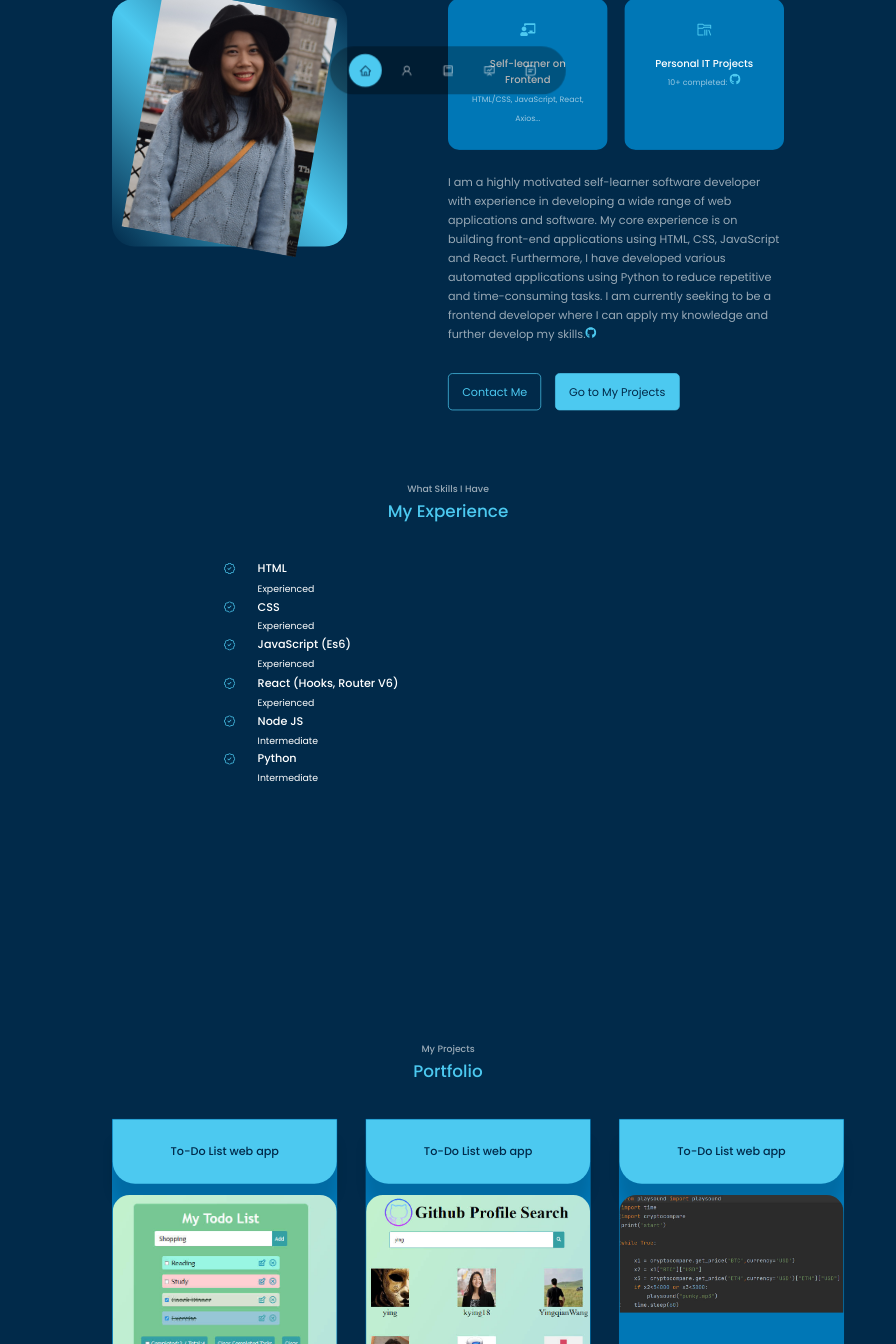
Repository: yingluo1020/react-portfolio-website
Page: /
These files come from the project's save history. The page is drawn as it stood at one moment and after the next save; the edit follows.
The browser window is 1280 px wide. The pictures show the part of the page from y = 553 to 2473 px (the page is 3983 px tall), at 70% of full size.
The project was rebuilt for these pictures with package versions that can differ from the ones it lists, and the page was loaded fresh each time. Imported but missing from the stored project, and not drawn on this page: src/assets/cv1.pdf.

Above is the page before, as saved 2022-03-16 10:30:06.

### src/index.css
@import url('https://fonts.googleapis.com/css2?family=Poppins:wght@300;400;500;600&display=swap');

* {
 margin: 0;
 padding: 0;
 border: 0;
 outline: 0;
 box-sizing: border-box;
 list-style: none;
 text-decoration: none;
}

:root {
    --color-bg:#012a4a;
    --color-bg-variant:#0077b6;
    --color-primary:#4cc9f0;
    --color-primary-variant:rgba(77,181,255,0.4);
    --color-white:#fff;
    --color-light:rgba(255,255,255,0.6);

    --transition:all 400ms ease;

    --container-width-lg:75%;
    --container-width-md:86%;
    --container-width-sm:90%;
}

html {
    scroll-behavior:smooth;
}

::-webkit-scrollbar {
    display: none;
}

body {
    font-family: 'Poppins', sans-serif;
    background: var(--color-bg);
    color:var(--color-white);
    line-height:1.7;
}

/* general styles */
.container {
    width:var(--container-width-lg);
    margin: 0 auto;
}

h1,
h2,
h3,
h4,
h5 {
    font-weight: 500;
}

h1 {
    font-size: 2.5rem;
}

section {
    margin-top: 5rem;
    min-height: 100vh;
}

section > h2, section > h5 {
    text-align: center;
    color: var(--color-light);
}

section > h2 {
    color: var(--color-primary);
    margin-bottom: 3rem;
}

.text-light {
    color: var(--color-light);
}

a {
    color: var(--color-primary);
    transition: var(--transition);
}

a:hover {
    color: var(--color-white);
}

.btn {
    width: max-content;
    display: inline-block;
    color: var(--color-primary);
    padding: 0.75rem 1.2rem;
    border-radius:0.4rem;
    cursor: pointer;
    border: 1px solid var(--color-primary);
    transition: var(--transition);
}

.btn:hover{
    background: var(--color-white);
    color: var(--color-bg);
    border-color: transparent;
}

.btn-primary {
    background: var(--color-primary);
    color: var(--color-bg);
}

img{
    display: block;
    width: 100%;
    object-fit: cover;
}

/* media queries(medium devices)*/
@media screen and (max-width:1024px) {
    .container {
        width: var(--container-width-sm);
    }

    section> h2 {
        margin-bottom: 2rem;
    }
}

### src/components/header/Header.js
import React from 'react'
import avatar from '../../assets/avatar.JPG'
import './header.css';
import CV from '../../assets/cv1.pdf'


function Header() {
    return (
        <header>
            <div className="container header_container">
                <h5>Hello, I'm</h5>
                <h1>Ying Luo</h1>
                <h5 className="text-light">Front-end Developer</h5>

                <div className='cta'>
                    <a href={CV} download className='btn'>Download My CV</a>
                    <a href="#contact" className='btn btn-primary'>Contact me</a>
                </div>
            </div>
        </header>
    )
}

export default Header

### src/components/nav/Nav.js
import React, { useState } from 'react'
import './nav.css'
import { AiOutlineHome, } from 'react-icons/ai'
import { AiOutlineUser } from 'react-icons/ai'
import { BiBook } from 'react-icons/bi'
import { AiOutlineFundProjectionScreen } from 'react-icons/ai'
import { BiMessageSquareDetail } from 'react-icons/bi'


function Nav() {
    const [activeNav, setActiveNav] = useState('#')
    return (
        <nav>
            <a href="#" onClick={() => setActiveNav('#')} className={activeNav === '#' ? 'active' : ''}><AiOutlineHome /></a>
            <a href="#about" onClick={() => setActiveNav('#about')} className={activeNav === '#about' ? 'active' : ''}><AiOutlineUser /></a>
            <a href="#experience" onClick={() => setActiveNav('#experience')} className={activeNav === '#experience' ? 'active' : ''}><BiBook /></a>
            <a href="#portfolio" onClick={() => setActiveNav('#services')} className={activeNav === '#services' ? 'active' : ''}><AiOutlineFundProjectionScreen /></a>
            <a href="#contact" onClick={() => setActiveNav('#contact')} className={activeNav === '#contact' ? 'active' : ''}><BiMessageSquareDetail /></a>
        </nav>
    )
}

export default Nav

### src/components/about/About.js
import React from 'react'
import avatar from '../../assets/avatar.JPG'
import { FaChalkboardTeacher } from 'react-icons/fa'
import { VscFolderLibrary } from 'react-icons/vsc'
import { FaGithub } from 'react-icons/fa';
import './about.css';

function About() {
    return (
        <section id='about'>
            <h5>My Intro</h5>
            <h2>About Me</h2>

            <div className="container about_container">
                <div className="about_me">
                    <div className="about_image">
                        <img src={avatar} alt="About Image" />
                    </div>
                </div>

                <div className="about_content">
                    <div className="about_cards">
                        <article className="about_card">
                            <FaChalkboardTeacher className='about_icon' />
                            <h5> Self-learner on Frontend </h5>
                            <small>HTML/CSS, JavaScript, React, Axios...</small>
                        </article>

                        <article className="about_card">
                            <VscFolderLibrary className='about_icon' />
                            <h5>Personal IT Projects </h5>
                            <small>10+ completed:  </small>
                            <a href="https://github.com/yingluo1020" target="_blank"><FaGithub /></a>
                        </article>
                    </div>

                    <p>I am a highly motivated self-learner software developer with experience in developing a wide range of web applications and software. My core experience is on building front-end applications using HTML, CSS, JavaScript and React. Furthermore, I have developed various automated applications using Python to reduce repetitive and time-consuming tasks. I am currently seeking to be a frontend developer where I can apply my knowledge and further develop my skills.
                        <a href="https://github.com/yingluo1020" target="_blank"><FaGithub /></a>
                    </p>
                    <div className="about_btn">
                        <a href="#contact" className="btn btn">Contact Me</a>
                        <a href="#" target="_blank" className="btn btn-primary">Go to My Projects</a>
                    </div>

                </div>
            </div>
        </section>
    )
}

export default About

### src/components/experience/Experience.js
import React from 'react'
import './experience.css';
import { BsPatchCheck } from 'react-icons/bs'


function Experience() {
    return (
        <section id='experience'>
            <h5>What Skills I Have</h5>
            <h2>My Experience</h2>

            <div className="container experience_container">
                <article className='experience_details'>
                    <BsPatchCheck className='experience_details-icon' />
                    <div>
                        <h4>HTML</h4>
                        <small className='text_light'>Experienced</small>
                    </div>
                </article>
                <article className='experience_details'>
                    <BsPatchCheck className='experience_details-icon' />
                    <div>
                        <h4>CSS</h4>
                        <small className='text_light'>Experienced</small>
                    </div>
                </article>
                <article className='experience_details'>
                    <BsPatchCheck className='experience_details-icon' />
                    <div>
                        <h4>JavaScript (Es6)</h4>
                        <small className='text_light'>Experienced</small>
                    </div>
                </article>
                <article className='experience_details'>
                    <BsPatchCheck className='experience_details-icon' />
                    <div>
                        <h4>React (Hooks, Router V6) </h4>
                        <small className='text_light'>Experienced</small>
                    </div>
                </article>
                <article className='experience_details'>
                    <BsPatchCheck className='experience_details-icon' />
                    <div>
                        <h4>Node JS</h4>
                        <small className='text_light'>Intermediate</small>
                    </div>
                </article>
                <article className='experience_details'>
                    <BsPatchCheck className='experience_details-icon' />
                    <div>
                        <h4>Python</h4>
                        <small className='text_light'>Intermediate</small>
                    </div>
                </article>
            </div>

        </section>
    )
}

export default Experience

### src/components/portfolio/Portfolio.js
import React from 'react'
import './portfolio.css';
import project1 from '../../assets/todo1.jpg'
import project2 from '../../assets/search.jpg'
import project3 from '../../assets/btc_alert.jpg'



function Portfolio() {
    return (
        <section id='portfolio'>
            <h5>My Projects</h5>
            <h2>Portfolio</h2>
            <div className="container portfolio_container ">
                <article className='portfolio'>
                    <div className="portfolio_head">
                        <h3 >To-Do List web app</h3>
                    </div>

                    <div className="portfolio_item-image">
                        <img src={project1} alt="project1" />
                    </div>

                    <div className="portfolio_link">
                        <a href="https://github.com" target='_blank' className='btn btn-primary'>Github</a>
                    </div>
                </article>

                <article className='portfolio'>
                    <div className="portfolio_head">
                        <h3 >To-Do List web app</h3>
                    </div>

                    <div className="portfolio_body">
                        <div className="portfolio_item-image">
                            <img src={project2} alt="project1" />
                        </div>
                    </div>
                    <div className="portfolio_link">
                        <a href="https://github.com" target='_blank' className='btn btn-primary'>Github</a>
                    </div>
                </article>

                <article className='portfolio'>
                    <div className="portfolio_head">
                        <h3 >To-Do List web app</h3>
                    </div>

                    <div className="portfolio_body">
                        <div className="portfolio_item-image">
                            <img src={project3} alt="project1" />
                        </div>
                    </div>
                    <div className="portfolio_link">
                        <a href="https://github.com" target='_blank' className='btn btn-primary'>Github</a>
                    </div>
                </article>

            </div>
        </section>
    )
}

export default Portfolio

### src/components/footer/Footer.js
import React from 'react'
import './footer.css'
import { BsLinkedin } from 'react-icons/bs';
import { FaGithub } from 'react-icons/fa';
import { FiDribbble } from 'react-icons/fi';


function Footer() {
    return (
        <footer>
            <a href="https://github.com/yingluo1020" target="_blank" className='footer_logo'><FaGithub /> Ying Luo</a>
            <ul className='permalinks'>
                <li><a href="#">Home</a></li>
                <li><a href="#about">About</a></li>
                <li><a href="#experience">Experience</a></li>
                <li><a href="#portfolio">Portfolio</a></li>
                <li><a href="#contact">Contact</a></li>
            </ul>

            <div className="footer_copyright">
                <small>&copy; All rights reserved by Ying Luo.</small>
            </div>
        </footer>
    )
}

export default Footer

### src/components/header/header.css
header {
    height: 50vh;
    padding-top: 5rem;
    overflow: hidden;
}

.header_container {
    text-align: center;
    height: 100%;
    position: relative;
}

.cta {
    margin: 2.5rem auto;
    display: flex;
    gap:1.2rem;
    justify-content: center;
}

.avatar {
    background: linear-gradient(var(--color-primary),transparent) ;
    width: 22rem;
    height: 30rem;
    position: absolute;
    left: calc(50% - 11rem);
    border-radius: 12rem 12rem 0 0 ;
    overflow: hidden;
    padding: 5rem 1.5rem 1.5rem 1.5rem;
}


/* media queries(medium devices)*/
@media screen and (max-width:1024px) {
    header {
        height: 68vh;
    }
}

/* media queries(small devices)*/
@media screen and (max-width:600px) {
   header {
       height: 100vh;
   }
}

### src/components/nav/nav.css
nav {
    background: rgba(0, 0, 0, 0.3);
    width: max-content;
    display: block;
    padding:0.7rem 1.7rem;
    z-index: 2;
    position: fixed;
    left: 50%;
    transform: translateX(-50%);
    bottom: 2rem;
    display: flex;
    gap: 0.8rem;
    border-radius: 3rem;
    /* backdrop-filter: blur(15px); */
}

nav a {
    background: transparent;
    padding: 0.9rem;
    border-radius:50% ;
    display: flex;
    color: var(--color-light);
    font-size: 1.1rem;
}

nav a:hover{
    background: rgba(0, 0, 0, 0.3);
}

nav a.active {
    background: var(--color-primary);
    color: var(--color-bg);
}

### src/components/about/about.css
.about_container {
    display: grid;
    grid-template-columns: 35% 50%;
    gap: 15%;
}

.about_me{
    width: 100%;
    aspect-ratio: 0.95/1;
    border-radius: 2rem;
    background: linear-gradient(45deg,transparent,var( --color-primary),transparent);
    display: grid;
    place-items: center;
}

.about_image {
    border-radius: 2rem;
    overflow: hidden;
    transform: rotate(10deg);
    transition: var(--transition);
}

.about_image:hover{
    transform: rotate(0);
}

.about_image img {
    width: 75%;
    margin: 0 auto;
}
.about_cards {
    display: grid;
    grid-template-columns: repeat(2,1fr);
    gap: 1.5rem;
}

.about_card {
    background: var(--color-bg-variant);
    border:1px solid transparent ;
    border-radius: 1rem;
    padding: 2rem;
    text-align: center;
    transition: var(--transition);
}

.about_card:hover {
    background:transparent;
    border-color:var(--color-primary-variant) ;
    cursor: default;
}

.about_icon {
    color: var(--color-primary);
    font-size: 1.4rem;
    margin-bottom: 1rem;
}

.about_card h5 {
    font-size: 0.9rem;
}

.about_card small {
    font-size: 0.7rem;
    color: var(--color-light);
}
.about_content{
    height: fit-content;
}
.about_content p {
    margin: 2rem 0 2.6rem;
    color: var(--color-light);
}

.about_content .about_btn {
    display: flex;
    gap:1.2rem;
}

/* media queries(medium devices)*/
@media screen and (max-width:1024px) {
    .about_container {
        grid-template-columns: 1fr ;
        gap:0;
    }

    .about_me{
        width: 50%;
        margin: 2rem auto 4rem;
    }

    .about_content p {
        margin: 1rem 0 1.5rem;
    }
}

/* media queries(small devices)*/
@media screen and (max-width:600px) {
    .about_me{
        width: 65%;
        margin: 0 auto 3rem;
    }

    .about_cards {
        grid-template-columns: 1fr 1fr;
        gap: 1rem;
    }

    .about_content {
        text-align: center;
    }

    .about_content p {
        margin: 1.5rem 0.5rem;
    }
}

### src/components/experience/experience.css
.experience_container{
    width: 50%;
}

.experience_container >div {
    display: grid;
    grid-template-columns: 1fr 1fr;
    row-gap: 3rem;
    background: var(--color-bg-variant);
    padding: 2.4rem 10rem;
    border-radius: 2rem;
    border: 1px solid transparent;
    transition: var(--transition);
}

.experience_container >div:hover{
    background: transparent;
    border-color: var(--color-primary-variant);
    cursor: default;
}

.experience_content {
    display: grid;
    grid-template-columns: 1fr 1fr;
    /* justify-items: start; */
    row-gap: 3rem;
}

.experience_details {
    display: flex;
    gap: 2rem;
}

.experience_details-icon{
    margin-top: 6px;
    color: var(--color-primary);
}

/* media queries(medium devices)*/
@media screen and (max-width:1024px) {
    .experience_container >div {
        width: 80%;
        padding: 2rem;
        margin: 0 auto;
    }

    .experience_content {
        padding: 1rem;
    }
}

/* media queries(small devices)*/
@media screen and (max-width:600px) {
    .experience_container{
        gap: 1rem;
    }

    .experience_container >div {
        width: 100%;
        padding: 2rem 1rem;
    }

    .experience_content {
        grid-template-columns: 1fr;
    }
}

### src/components/portfolio/portfolio.css
.portfolio_container{
    display: grid;
    grid-template-columns: repeat(3,1fr);
    gap: 2.5rem;
}

.portfolio {
    background: var(--color-bg-variant);
    border-radius:0 0 2rem 2rem;
    border: 1px solid transparent;
    /* height: fit-content; */
    transition: var(--transition);
}

.portfolio:hover {
    background: transparent;
    border-color: var(--color-primary-variant);
    transition: var(--transition);
}

.portfolio_head{
    background: var(--color-primary);
    border-radius:0 0 2rem 2rem;
    padding: 2rem;
    box-shadow: 0 2rem 1rem rgba(0,0,0,0.1);
}

.portfolio_head h3 {
    text-align: center;
    font-size: 1rem;
    color: var(--color-bg);
}

.portfolio_item-image {
    width: 20rem;
    height: 20rem;
    /* aspect-ratio: 1/1;   */
    border-radius: 1.5rem;
    overflow: hidden;
    margin: 1rem auto;
}

.portfolio_link {
    display: flex;
    justify-content: center;
    margin: 1rem 0;
}


/* media queries(medium devices)*/
@media screen and (max-width:1024px) {
    .portfolio_container{
        grid-template-columns: 1fr 1fr;
        gap: 1.2rem;
    }
}

/* media queries(small devices)*/
@media screen and (max-width:600px) {
    .portfolio_container {
        grid-template-columns: 1fr;
        gap: 1rem;
    }
}

### src/components/contact/contact.css
.contact_container {
    width: 58%;
    display: grid;
    grid-template-columns: 30% 58%;
    gap: 12%;
}

.contact_options {
    display: flex;
    flex-direction: column;
    gap: 1.2rem;
}

.contact_option{
    background: var(--color-bg-variant);
    padding: 1.2rem ;
    border-radius:1.2rem;
    border: 1px solid transparent;
    text-align: center;
    transition: var(--transition);
}

.contact_option:hover{
    background: transparent;
    border-color: var(--color-primary-variant);
}

.contact_option-icon{
    font-size: 1.5rem;
    margin-bottom: 0.5rem;
}

.contact_option a {
    margin-top: 0.7rem;
    display: inline-block;
    font-size: 0.8rem;
}

/* form */
form {
    display: flex;
    flex-direction: column;
    gap: 1.2rem;
}

input, textarea{
    width: 100%;
    padding: 1.5rem ;
    border-radius:0.5rem;
    border: 2px solid var(--color-primary-variant);
    background: transparent;
    resize: none; /* 元素不能被用户缩放。 */
    color: var(--color-white);
}

/* media queries(medium devices)*/
@media screen and (max-width:1024px) {
    .contact_container {
        grid-template-columns: 1fr;
        gap: 2rem;
    }

}

/* media queries(small devices)*/
@media screen and (max-width:600px) {
    .contact_container{
        width: var(--container-width-sm);
    }
}

### src/components/footer/footer.css
footer {
    background: var(--color-primary);
    padding: 2rem 0;
    text-align: center;
    font-size: 0.9rem;
    margin-top: 7rem;
}

footer a {
    color: var(--color-bg);
}

.footer_logo{
    font-size: 2rem;
    font-weight: 500;
    margin-bottom: 2rem;
    display: inline-block;
}

.permalinks{
    display: flex;
    flex-wrap: wrap;
    justify-content: center;
    gap: 2rem;
    margin: 0 auto 3rem;
}

.footer_socials{
    display: flex;
    justify-content: center;
    gap: 1rem;
    margin-bottom: 4rem;
}

.footer_socials a {
    display: flex;
    background: var(--color-bg);
    color: var(--color-white);
    padding: 0.8rem;
    border-radius: 0.7rem;
    border: 1px solid transparent;
    transition: var(--transition);
}

.footer_socials a:hover{
    background: transparent;
    color: var(--color-bg);
    border-color: var(--color-bg);
}

.footer_copyright {
    margin-bottom: 4rem;
    color: var(--color-bg);
}

/* media queries(small devices)*/
@media screen and (max-width:600px) {
    .permalinks{
        flex-direction: column;
        gap: 1.5rem;
    }

    .footer_socials{
        margin-bottom: 2.6rem;
    }
}

Loaded but not shown: public/index.html (common file); src/index.js (common file); src/App.js (common file); src/components/contact/Contact.js (63 lines, source omitted)

After the next save:
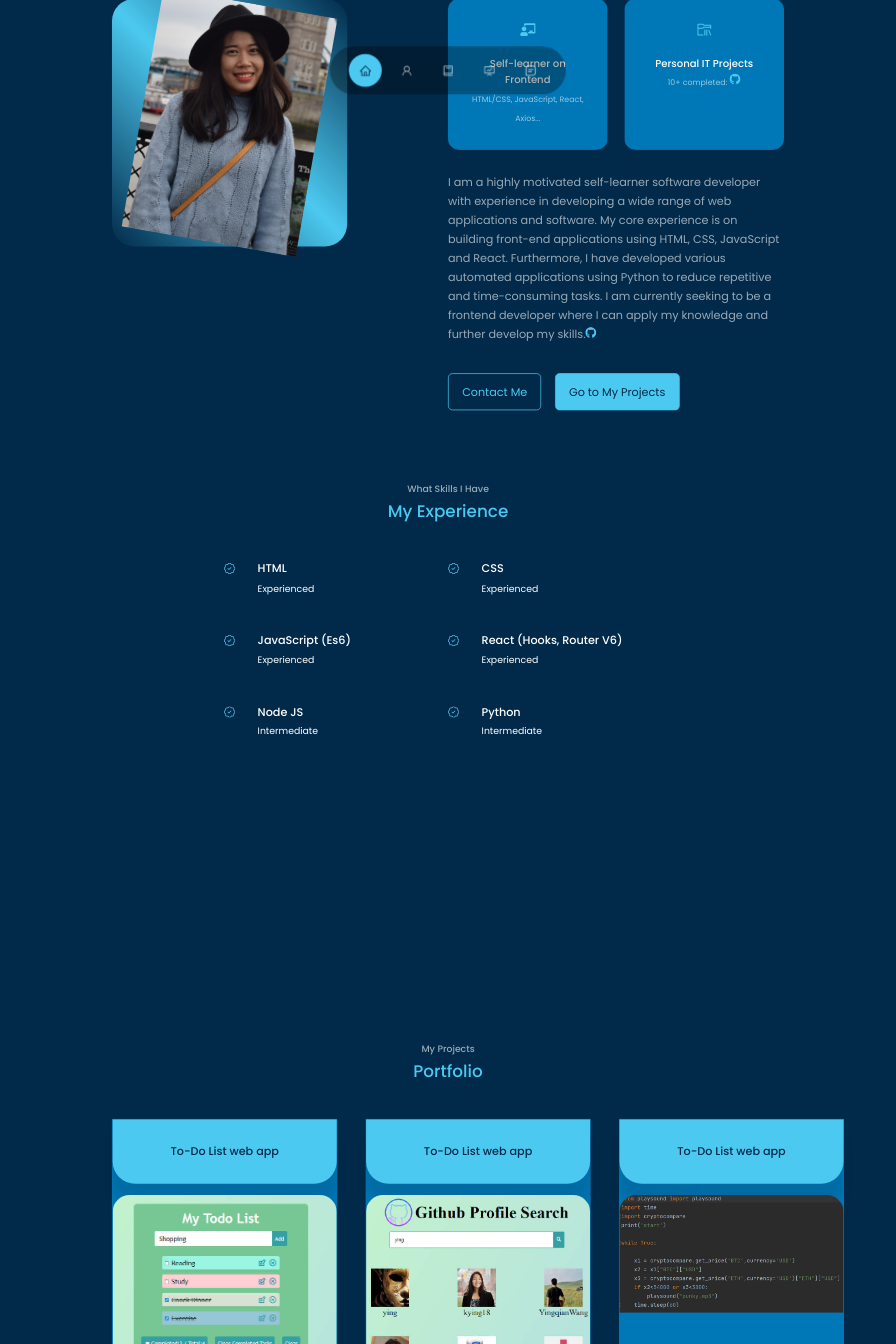
Saved 37 s later.
--- a/src/components/experience/experience.css
+++ b/src/components/experience/experience.css
@@ -1,11 +1,12 @@
 .experience_container{
     width: 50%;
+    display: grid;
+    grid-template-columns: 1fr 1fr;
+    row-gap: 3rem;
 }
 
 .experience_container >div {
-    display: grid;
-    grid-template-columns: 1fr 1fr;
-    row-gap: 3rem;
+
     background: var(--color-bg-variant);
     padding: 2.4rem 10rem;
     border-radius: 2rem;
@@ -19,12 +20,6 @@
     cursor: default;
 }
 
-.experience_content {
-    display: grid;
-    grid-template-columns: 1fr 1fr;
-    /* justify-items: start; */
-    row-gap: 3rem;
-}
 
 .experience_details {
     display: flex;
